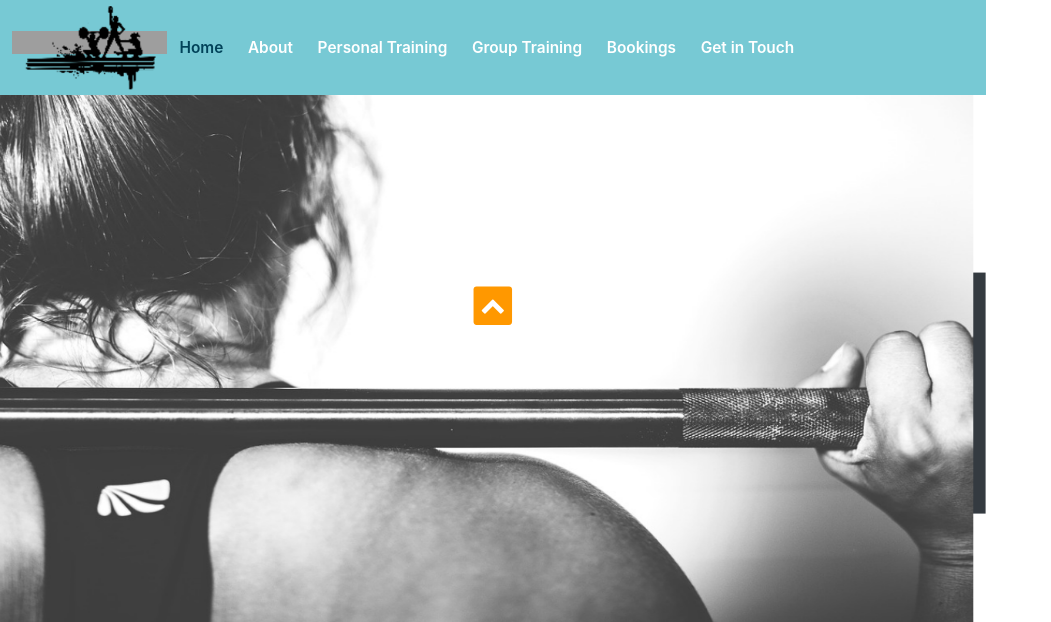
Repository: murphya14/Fitness-webpage
Page: index.html
The author's editor kept a record of every edit. The page is drawn from the files as they stood at one moment, then again after the next edit.
The browser window is 1280 px wide. The page is 1280 px wide, then 1365 px, so the pictures cover 1365 px, including what lies to the right of the window. The pictures show the whole page, at 77% of full size.
Pictures or frames that could not be fetched are drawn as grey boxes.

Above is the page before.

### index.html
<!DOCTYPE html>
<html lang="en">

<head>
  <meta charset="UTF-8">
  <meta name="viewport" content="width=device-width, initial-scale=1.0">
  <meta http-equiv="X-UA-Compatible" content="ie=edge">
  <link rel="stylesheet" href="assets/css/style.css" />
  <link rel="stylesheet" href="https://stackpath.bootstrapcdn.com/bootstrap/4.3.1/css/bootstrap.min.css" <link rel="stylesheet" href="https://stackpath.bootstrapcdn.com/font-awesome/4.7.0/css/font-awesome.min.css" type="text/css" />
  <link rel="shortcut icon" type="image/x-icon" href="assets/favicon.ico">
  <link rel="stylesheet" href="https://cdnjs.cloudflare.com/ajax/libs/font-awesome/4.7.0/css/font-awesome.min.css">
  <title>Home</title>
</head>

<body>



  <header>
    <!-- Logo and Nav bar-->
    <!-- Used help from Stack overflow: https://stackoverflow.com/questions/23949804/how-to-change-link-color-bootstrap-->


    <nav class="navbar navbar-expand-lg navbar-custom  fixed-top navbar-light topnav">
      <div><a class="logo container-fluid" href="index.html">
          <img src="assets/images/logo.png" alt="">
        </a></div>


      <div>
        <ul class="nav justify-content-center">

          <li class="nav-item">
            <a class="nav-link active " href="#">Home</a>
          </li>
          <li class="nav-item ">
            <a class="nav-link" href="#">About</a>
          </li>
          <li class="nav-item ">
            <a class="nav-link" href="#">Personal Training</a>
            <li class="nav-item ">
              <a class="nav-link" href="#">Group Training</a>
            </li>
            <li class="nav-item">
              <a class="nav-link" href="#">Bookings</a>
            </li>
            <li class="nav-item">
              <a class="nav-link" href="#">Get in Touch</a>
            </li>
        </ul>
      </div>



      <select id="select">
    <option value="index.html" selected="selected">Home</div>
    <option value="about.html">About</option>
    <option value="training.html">Personal Training</option>
    <option value="group-training">Group Training</option>
    <option value="get-in-touch">Get in Touch</option>
  </select>

    </nav>


  </header>


  <div>
    <section class="section">
     <section class="container-fluid">
        <div class="row">
            <div class="col-md-12">
                <div class="row">
                    <div class="col-12">
                     <img src="assets/images/home-pic.jpg" alt="Woman holding barbell"
                     <h3 class="image-text section-heading uppercase">
                            LN Fitness
                        </h3>

                        <h3 class="image-text section-heading uppercase">
                            LN Fitness
                        </h3>
                    </div>
                </div>
                <div class="row">
                  <div class="col-md-4">
                        <h3 class="section-heading uppercase">About</h3>
                        o in order to stand out, customize it in a way that appeals to you, or just come back and take certain components and things out of it that you want to include in your own projects.
Before you finish, add your files, commit them to Git, and then put them in a GitHub repository.
Well done for completing the User Centric Front End Development module of the course.
You're now ready to move on to your first milestone project.
Now would be a good time to speak with your mentor and to discuss ideas about what you're going to implement.
I look forward to seeing you a
                  </div>

                </div>
    </section>
  </div>







  <footer id="footer" class="container-fluid py-4 bg-dark text-white-50">
    <div class="container-fluid text-footer inline-block">
      <small>2019 Copyright &copy; LN</small></div>

<div><a id="button"></a></div>

<div>

<div class="footer-link">
<a  href="#">Get in Touch</a></div>

<div class="footer-link">
                <h5 class="uppercase general-sub">Connect</h5>
                <ul class="list-inline social-links">
                    <li class="list-inline-item">
                        <a target="_blank" href="#">
                            <i class="fa fa-facebook" aria-hidden="true"></i>
                            <span class="sr-only">Facebook</span>
                        </a>
                    </li>
                    <li class="list-inline-item">
                        <a target="_blank" href="#">
                            <i class="fa fa-twitter" aria-hidden="true"></i>
                            <span class="sr-only">Twitter</span>
                        </a>
                    </li>


                    <li class="list-inline-item">
                        <a target="_blank" href="#">
                            <i class="fa fa-instagram" aria-hidden="true"></i>
                            <span class="sr-only">Instagram</span>
                        </a>
                    </li>

                </ul>
            </div>

</div>
  </footer>


<!--------------Back to top button created with help from https://www.templatemonster.com/blog/back-to-top-button-css-jquery/--->
<script src="https://code.jquery.com/jquery-3.4.1.slim.min.js"></script>
<script src="https://cdnjs.cloudflare.com/ajax/libs/popper.js/1.15.0/umd/popper.min.js"></script>
<script src="https://stackpath.bootstrapcdn.com/bootstrap/4.3.1/js/bootstrap.min.js"></script>


<script>

jQuery(document).ready(function() {

  var btn = $('#button');

  $(window).scroll(function() {
    if ($(window).scrollTop() > 300) {
      btn.addClass('show');
    } else {
      btn.removeClass('show');
    }
  });

  btn.on('click', function(e) {
    e.preventDefault();
    $('html, body').animate({scrollTop:0}, '300');
  });

});

</script>




</body>

</html>

### assets/css/style.css
/*----------------------------------------------- Colours*/

.nav-link {
    color: white;
}

.active {
    color: #014259 ;
}

.navbar {
    background-color: #77C9D4;

}


li a:hover {
    color: #f7ce3e;
}

/*--------------------------------------------- General*/

body {font-size: 17px;
    font-family: "arial", sans-serif;
}

.center {
  display: block;
  margin-left: auto;
  margin-right: auto;
  width: 50%;
}


.inline-block {
    display: inline-block;
}

.main-image {width:100%;
    height:100%;
    padding-left:0;
}

.image-text {
  position: absolute;
  top: 8px;
  right: 16px;
  z-index: 1000;
  color: blue;
}

/*--------------------------------------------- Nav bar*/

nav ul {
    padding: 8px;
    margin-right: 0;
    display: block;
    font-size: 20px;
    font-weight: 600;

}

.logo {
    position: static;
    background: url("../images/rosie.jpg");
    background-position: center;
    background-repeat: no-repeat;
    padding-top: 10px;
    padding-left: 10px;
    min-height: 100px;
    transition: all .5s ease-in-out;
    -moz-transition: all .5s ease-in-out;
    -webkit-transition: all .5s ease-in-out;
    height: 10%;
    width: 25%;
}

.header {
    position: fixed;
    top: 0;
    left: 0;
    right: 0;
    background-color: #e84610;
    padding: 15px 25px;
}

nav select {
    display: none;
    background-color: #77C9D4;
    color: white;
    border: 1px solid #778899;
   position: relative;
   cursor: pointer;
   top: 100%;
  left: 0;
  right: 0;
  z-index: 99;

}

#select {color: #f7ce3e;
    background-color:  #014259;
}

/*--------------------------------------------- footer*/

#button {
  text-align: center;
  display: inline-block;
  background-color: #FF9800;
  width: 50px;

  border-radius: 4px;
  bottom: 10px;
  right: 30px;
  transition: background-color .3s;
  z-index: 1000;
  position: relative;
   left: 50%;

     transform: translate(-50%,-50%);


}


#button:hover {
  cursor: pointer;
  background-color: #333;
}
#button:active {
  background-color: #555;
}

#button::after {
  content: "\f077";
  font-family: FontAwesome;
  font-weight: normal;
  font-style: normal;
  font-size: 2em;
  line-height: 50px;
  color: #fff;
}

.footer-link
{color: white;
text-align: right;

    float: none;
    padding-bottom: 15px;
    padding-right: 30px;
    padding-top:30px;
    font-size:33;
    font-weight: 500;
    padding-left: 5px;
      transition: all 0.35s ease-in-out;
    -moz-transition: all 0.35s ease-in-out;
    -webkit-transition: all 0.35s ease-in-out;
    -o-transition: all 0.35s ease-in-out;

}

footer a {color:white;}

 footer  a:hover {
    color: #f7ce3e;
}

.text-footer {float: left;
padding-bottom: 5px;
text-align: left;

}

#footer { min-height: 120px;

    margin: 0;
    padding: 20px;
}



/*------------- Responsive design*/

/* Extra small devices (phones, 600px and down) */


@media only screen and (max-width: 600px) {

/*------------------------------------- Changing the menu to a select bar for smaller screens*/
  .topnav {display: none;
    }
    nav select {
        display: inline-block;
        width: 55%;
        height: 25%;
          border-radius: 4px;
        position: left;
    }
    .nav-item {
        display: none;
    }
    .logo {
        position: right;
        height: 80%;
    }
}






/* Small devices (portrait tablets and large phones, 600px and up) */

@media only screen and (min-width: 600px) {}

/* Medium devices (landscape tablets, 768px and up) */

@media only screen and (min-width: 768px) {
    ...
}

/* Large devices (laptops/desktops, 992px and up) */

@media only screen and (min-width: 992px) {
    ...
}

/* Extra large devices (large laptops and desktops, 1200px and up) */

@media only screen and (min-width: 1200px)
}

After the next edit:
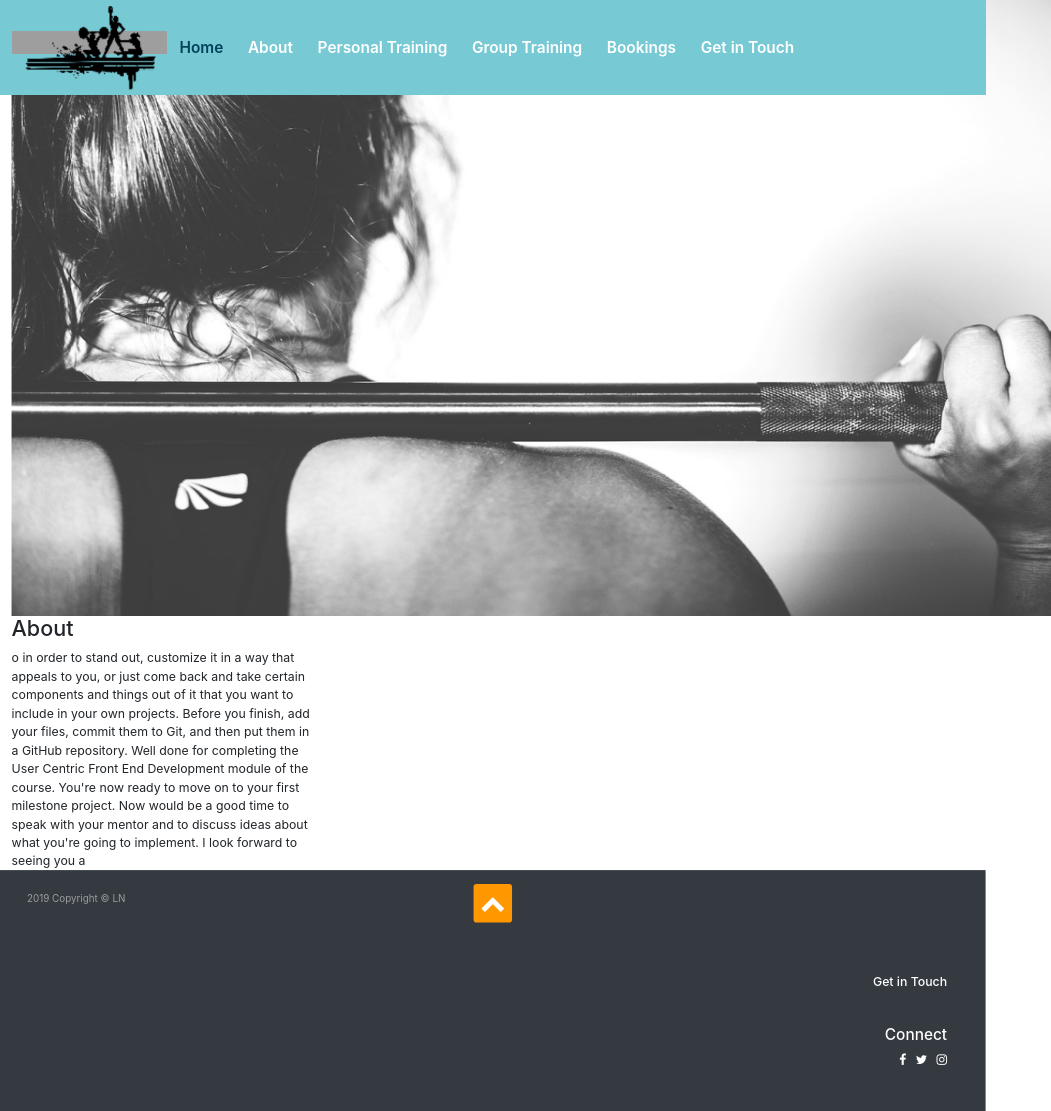
The edit:
--- a/index.html
+++ b/index.html
@@ -73,7 +73,7 @@
             <div class="col-md-12">
                 <div class="row">
                     <div class="col-12">
-                     <img src="assets/images/home-pic.jpg" alt="Woman holding barbell"
+                     <img src="assets/images/home-pic.jpg" alt="Woman holding barbell">
                      <h3 class="image-text section-heading uppercase">
                             LN Fitness
                         </h3>
